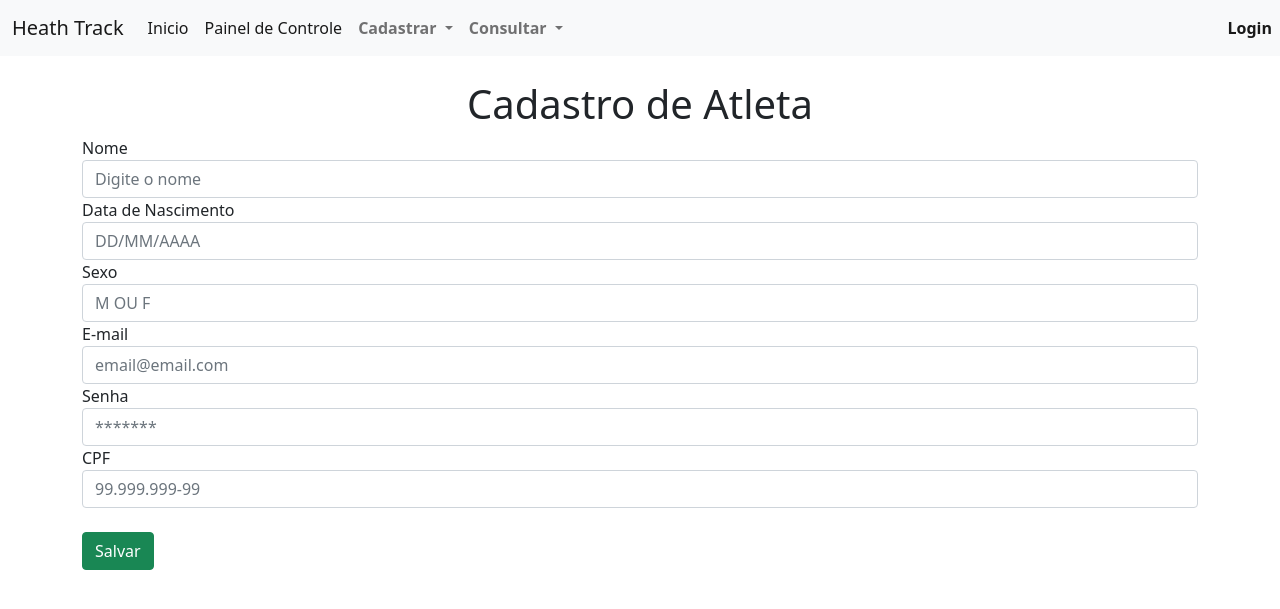
Repository: FellipySantos/HealthTrack_Finalizado
Page: http://localhost/JSPs/cadastro-atleta.jsp
These files come from the project's save history. The page is drawn as it stood at one moment and after the next save; the edit follows.
The browser window is 1280 px wide. The pictures show the whole page.
The page is served by Tomcat 9. Other server files are loaded and not shown.

Above is the page before, as saved 2021-11-22 23:39:35.

### JSP/JSPs/WebContent/cadastro-atleta.jsp
<%@ page language="java" contentType="text/html; charset=ISO-8859-1"
    pageEncoding="ISO-8859-1"%>
<%@ taglib prefix="c" uri="http://java.sun.com/jsp/jstl/core" %>
<!DOCTYPE html PUBLIC "-//W3C//DTD HTML 4.01 Transitional//EN" "http://www.w3.org/TR/html4/loose.dtd">
<html>
<head>
<meta http-equiv="Content-Type" content="text/html; charset=ISO-8859-1">
<title>Cadastro de Atleta</title>
<%@ include file="header.jsp" %>
</head>
<body>
<%@ include file="menu.jsp" %>
<div class="container">
    <br>
	<h1><center>Cadastro de Atleta</center></h1>
	<c:if test="${not empty msg }">
		<div class="alert alert-success">${msg}</div>
	</c:if>
	<c:if test="${not empty erro }">
		<div class="alert alert-danger">${erro}</div>
	</c:if>
	<form action="atleta" method="post">
		<input type="hidden" value="cadastrar" name="acao">
		<div class="form-group">
			<label for="id-nome">Nome</label>
			<input type="text" name="nome" id="id-nome" class="form-control" placeholder="Digite o nome">
		</div>
		<div class="form-group">
			<label for="id-dtNasc">Data de Nascimento</label>
			<input type="text" name="dtNasc" id="id-dtNasc" class="form-control"  placeholder="DD/MM/AAAA">
		</div>
		<div class="form-group">
			<label for="id-sexo">Sexo</label>
			<input type="text" name="sexo" id="id-sexo" class="form-control"   placeholder="M OU F">
		</div>
		<div class="form-group">
			<label for="id-email">E-mail</label>
			<input type="email" name="email" id="id-email" class="form-control"  placeholder="email@email.com">
		</div>
		<div class="form-group">
			<label for="id-senha">Senha</label>
			<input type="password" name="senha" id="id-senha" class="form-control" placeholder="*******">
		</div>
		<div class="form-group">
			<label for="id-cpf">CPF</label>
			<input type="text" name="cpf" id="id-cpf" class="form-control"  placeholder="99.999.999-99">
		</div>

		<br>
		<input type="submit" value="Salvar" class="btn btn-success">
	</form>
</div>


<%@ include file="footer.jsp" %>
</body>
</html>

### JSP/JSPs/WebContent/header.jsp
<%@ page language="java" contentType="text/html; charset=ISO-8859-1"
    pageEncoding="ISO-8859-1"%>
<!DOCTYPE html>
<html>
<head>
<meta charset="ISO-8859-1">

<link rel="stylesheet" type="text/css" href="resources/css/bootstrap.css">
<link rel="stylesheet" type="text/css" href="resources/css/bootstrap-grid.css">
<link rel="stylesheet" type="text/css" href="resources/css/bootstrap-reboot.css">

<script type="text/javascript" src="resources/js/jquery-3.6.0.min.js"></script>
<script type="text/javascript" src="resources/js/popper.min.js"></script>
<script type="text/javascript" src="resources/js/bootstrap.min.js"></script>
<script type="text/javascript" src="resources/js/bootstrap.min.js"></script>

<script src="https://stackpath.bootstrapcdn.com/bootstrap/4.3.1/js/bootstrap.min.js" integrity="sha384-JjSmVgyd0p3pXB1rRibZUAYoIIy6OrQ6VrjIEaFf/nJGzIxFDsf4x0xIM+B07jRM" crossorigin="anonymous"></script>


</head>






<body>



</body>



</html>

### JSP/JSPs/WebContent/menu.jsp

   <nav class="navbar navbar-expand-lg navbar-light bg-light">
        <div class="container-fluid">
          <a class="navbar-brand" href="index.jsp">Heath Track</a>
          <button class="navbar-toggler" type="button" data-bs-toggle="collapse" data-bs-target="#navbarSupportedContent" aria-controls="navbarSupportedContent" aria-expanded="false" aria-label="Toggle navigation">
            <span class="navbar-toggler-icon"></span>
          </button>
          <div class="collapse navbar-collapse" id="navbarSupportedContent">
            <ul class="navbar-nav me-auto mb-2 mb-lg-0">
              <li class="nav-item">
                <a class="nav-link active" aria-current="page" href="index.jsp">Inicio</a>
              </li>
              <li class="nav-item">
                <a class="nav-link active" aria-current="page" href="painel.jsp">Painel de Controle</a>
              </li>
              <li class="nav-item dropdown">
                <a class="nav-link dropdown-toggle" href="#" id="navbarDropdown" role="button" data-bs-toggle="dropdown" aria-expanded="false">
                  <b>Cadastrar</b>
                </a>
                <ul class="dropdown-menu" aria-labelledby="navbarDropdown">
                  <li><a class="dropdown-item" href="cadastro-dieta.jsp">Dieta</a></li>
                  <li><a class="dropdown-item" href="cadastro-pressao.jsp">Pressão</a></li>
                  <li><a class="dropdown-item" href="cadastro-treino.jsp">Treino</a></li>
                  <li><a class="dropdown-item" href="cadastro-imc.jsp">Imc</a></li>
                   <li><hr class="dropdown-divider"></li>
                  <li><a class="dropdown-item" href="cadastro-atleta.jsp">Atleta</a></li>
                  <li><a class="dropdown-item" href="cadastro-nutri.jsp">Nutricionista</a></li>
                  <li><a class="dropdown-item" href="cadastro-treinador.jsp">Treinador</a></li>
                </ul>
              </li>

                 <li class="nav-item dropdown">
                <a class="nav-link dropdown-toggle" href="#" id="navbarDropdown" role="button" data-bs-toggle="dropdown" aria-expanded="false">
                  <b>Consultar</b>
                </a>
                <ul class="dropdown-menu" aria-labelledby="navbarDropdown">
                  <li><a class="dropdown-item" href="dieta?acao=listar">Dieta</a></li>
                  <li><a class="dropdown-item" href="pressao?acao=listar">Pressão</a></li>
                  <li><a class="dropdown-item" href="treino?acao=listar">Treino</a></li>
                  <li><a class="dropdown-item" href="imc?acao=listar">Imc</a></li>
                  <li><hr class="dropdown-divider"></li>
                  <li><a class="dropdown-item" href="atleta?acao=listar">Atleta</a></li>
                  <li><a class="dropdown-item" href="nutri?acao=listar">Nutricionista</a></li>
                  <li><a class="dropdown-item" href="treinador?acao=listar">Treinador</a></li>
                </ul>
              </li>


            </ul>

          </div>

        </div>
        <div class="collapse navbar-collapse" id="navbarSupportedContent">
          <ul class="navbar-nav me-auto mb-2 mb-lg-0">
            <li class="nav-item">
              <b><a class="nav-link active" aria-current="page" href="login.jsp">Login</a></b>
            </li>
            </ul>
            </div>



      </nav>

### JSP/JSPs/WebContent/footer.jsp
<%@ page language="java" contentType="text/html; charset=ISO-8859-1"
    pageEncoding="ISO-8859-1"%>
<!DOCTYPE html>
<html>
<head>
<meta charset="ISO-8859-1">

<script type="text/javascript" src="resources/js/jquery-3.6.0.min.js"></script>
<script type="text/javascript" src="resources/js/bootstrap.min.js"></script>

</head>





<body>


</body>
</html>

Loaded but not shown: JSP/JSPs/WebContent/resources/css/bootstrap.css (library); JSP/JSPs/WebContent/resources/css/bootstrap-grid.css (library); JSP/JSPs/WebContent/resources/css/bootstrap-reboot.css (library); JSP/JSPs/WebContent/resources/js/jquery-3.6.0.min.js (library); JSP/JSPs/WebContent/resources/js/popper.min.js (library); JSP/JSPs/WebContent/resources/js/bootstrap.min.js (library)

After the next save:
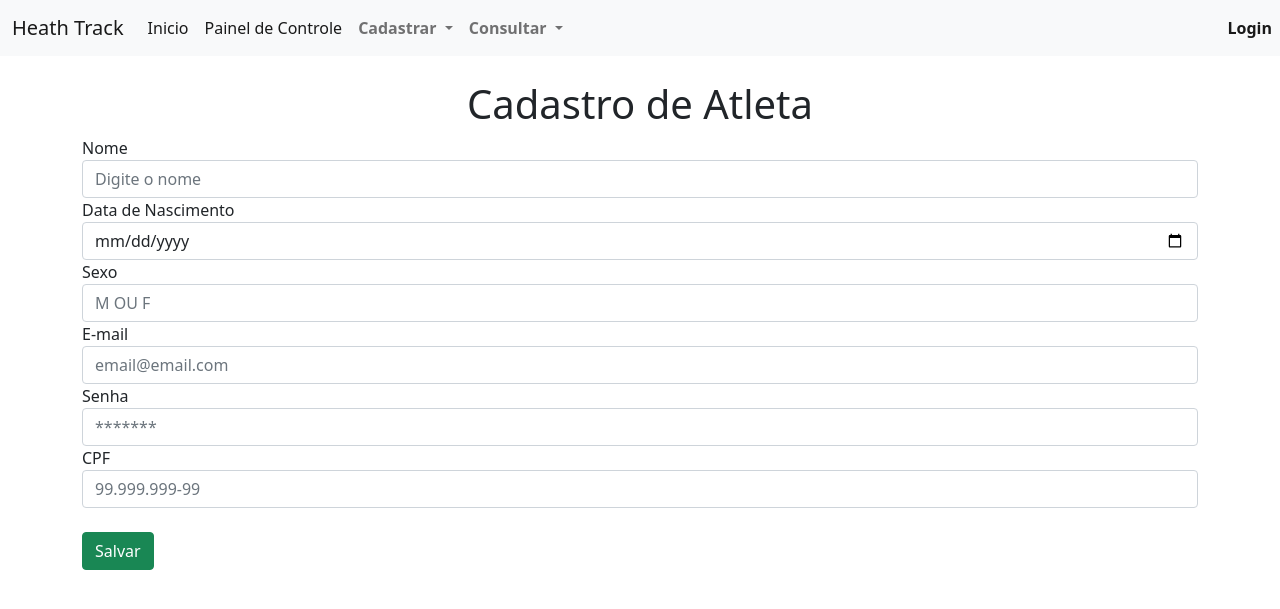
Saved 39 s later.
--- a/JSP/JSPs/WebContent/cadastro-atleta.jsp
+++ b/JSP/JSPs/WebContent/cadastro-atleta.jsp
@@ -27,7 +27,7 @@
 		</div>
 		<div class="form-group">
 			<label for="id-dtNasc">Data de Nascimento</label>
-			<input type="text" name="dtNasc" id="id-dtNasc" class="form-control"  placeholder="DD/MM/AAAA">
+			<input type="date" name="dtNasc" id="id-dtNasc" class="form-control"  placeholder="DD/MM/AAAA">
 		</div>
 		<div class="form-group">
 			<label for="id-sexo">Sexo</label>

After the save that followed:
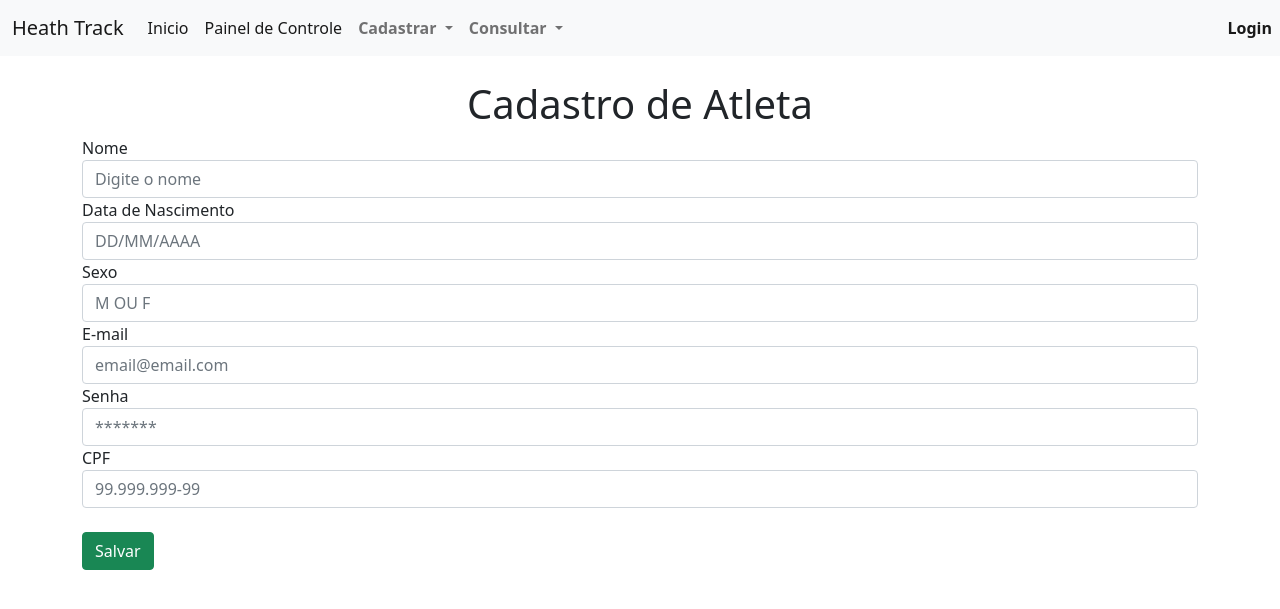
Saved 2 min 2 s later.
--- a/JSP/JSPs/WebContent/cadastro-atleta.jsp
+++ b/JSP/JSPs/WebContent/cadastro-atleta.jsp
@@ -27,7 +27,7 @@
 		</div>
 		<div class="form-group">
 			<label for="id-dtNasc">Data de Nascimento</label>
-			<input type="date" name="dtNasc" id="id-dtNasc" class="form-control"  placeholder="DD/MM/AAAA">
+			<input type="text" name="dtNasc" id="id-dtNasc" class="form-control"  placeholder="DD/MM/AAAA">
 		</div>
 		<div class="form-group">
 			<label for="id-sexo">Sexo</label>
